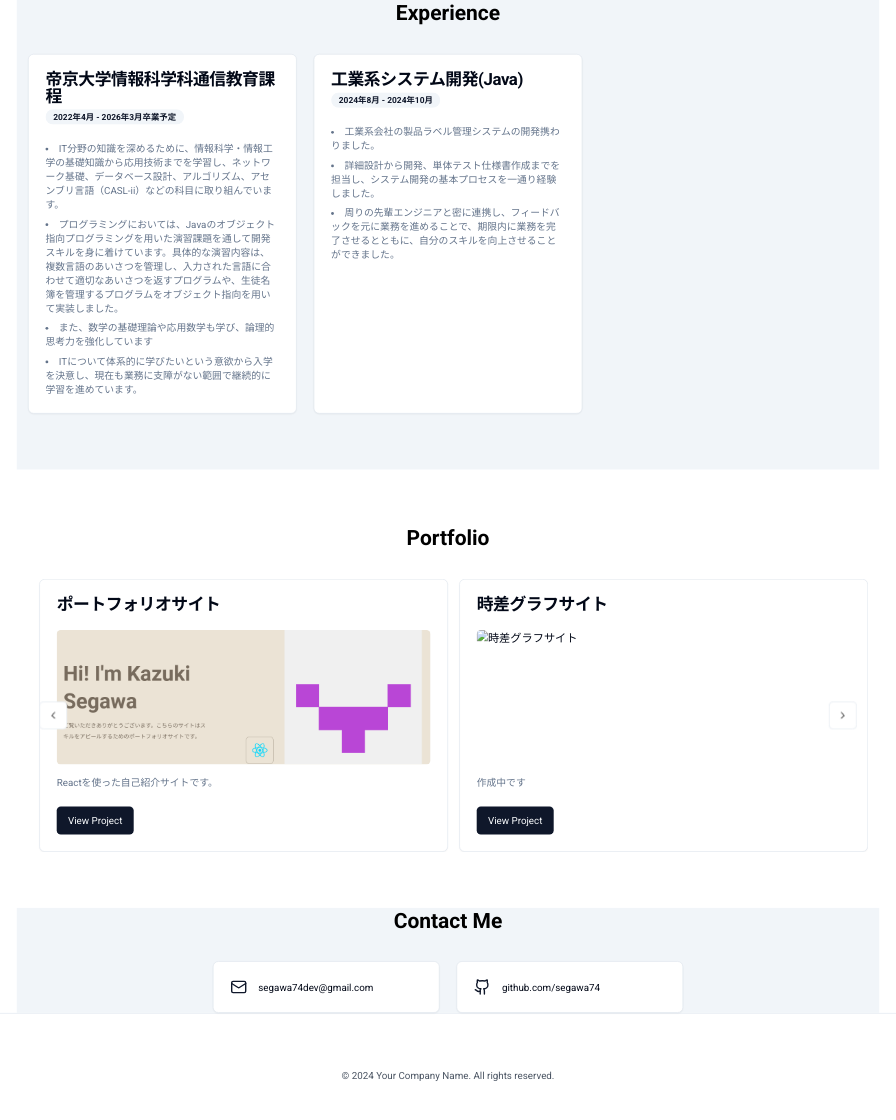
Repository: segawa74/SegawaSite
Page: /
The author's editor kept a copy of each file at every save. The page is drawn from the files as they stood at one save, then again after the next save.
The browser window is 1280 px wide. The pictures show the part of the page from y = 1220 to 3140 px (the page is 2820 px tall before and 3140 px after), at 70% of full size.
The project was rebuilt for these pictures with package versions that can differ from the ones it lists, and the page was loaded fresh each time. Also part of the build but not shown: vite.config.ts.

Above is the page before, as saved 2024-10-24 11:58:55.

After the next save:
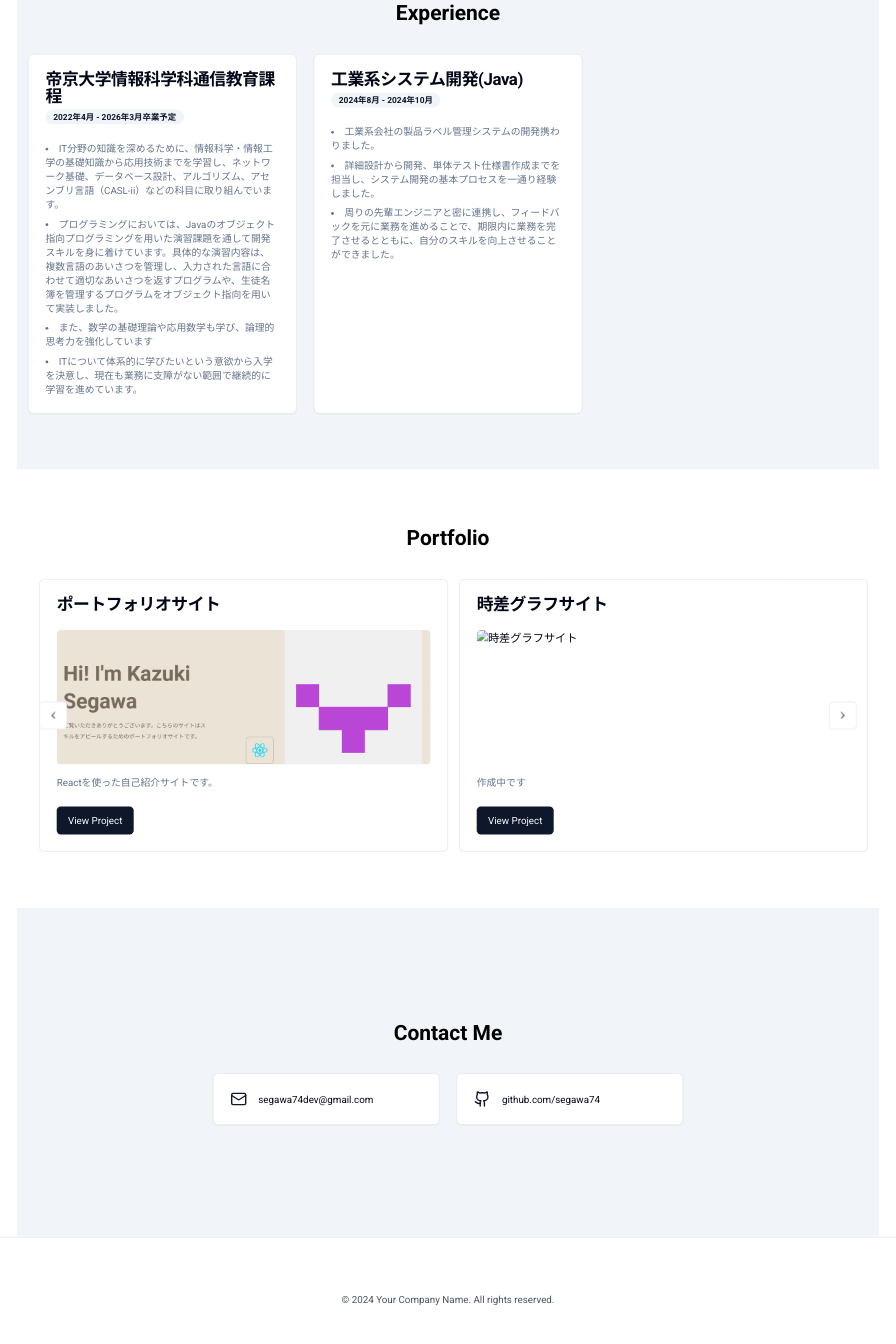
Saved 7 s later.
--- a/src/components/ContactMe/ContactMe.tsx
+++ b/src/components/ContactMe/ContactMe.tsx
@@ -4,7 +4,7 @@ import ContactInfoCard from "./ContactInfoCard/ContactInfoCard";
 
 const ContactMe: React.FC = () => {
   return (
-    <section id="contact-me" className="py-50 bg-muted">
+    <section id="contact-me" className="py-40 bg-muted">
       <div className="container mx-auto px-4">
         <h2 className="text-3xl font-bold text-center mb-10">Contact Me</h2>
         <div className="grid gap-6 md:grid-cols-2 max-w-2xl mx-auto">
